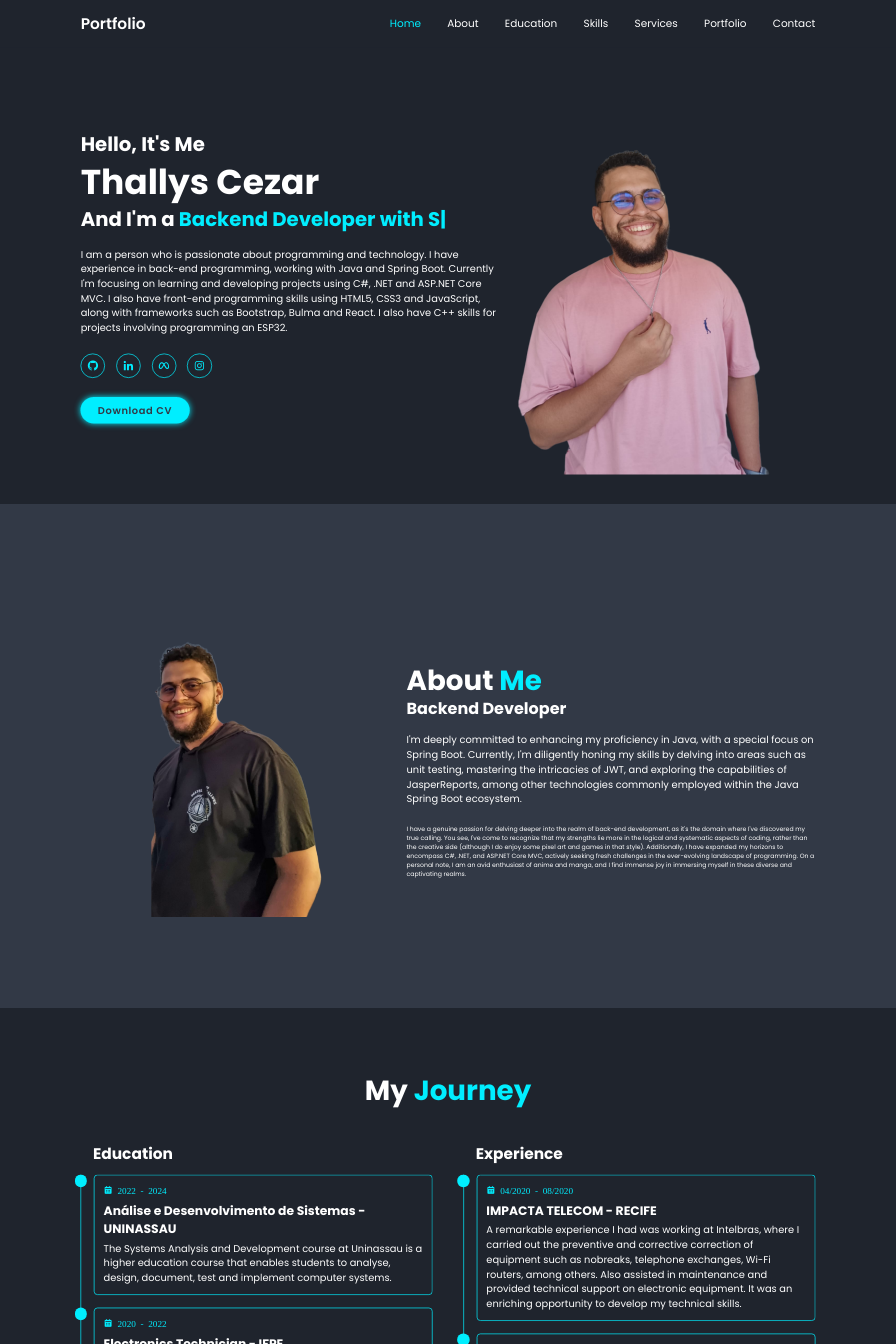
Repository: ThallysCezar/ThallysCezar.github.io
Page: index.html
These files come from the project's save history. The page is drawn as it stood at one moment and after a run of saves; the edit follows.
The browser window is 1280 px wide. The pictures show the part of the page from y = 0 to 1920 px (the page is 5408 px tall), at 70% of full size.
A picture or video elsewhere on the page could not be fetched, so the positions and the page height are approximate.

Above is the page before, as saved 2023-10-19 09:19:17.

### index.html
<!DOCTYPE html>
<html lang="pt-BR">
  <head>
    <meta charset="UTF-8" />
    <meta http-equiv="X-UA-Compatible" content="IE=edge" />
    <meta name="viewport" content="width=device-width, initial-scale=1.0" />
    <link rel="icon" href="/img/icone.png" />
    <title>Responsive Personal Portfolio Website Desgin</title>

    <!-- box icons -->
    <link
      href="https://unpkg.com/boxicons@2.1.4/css/boxicons.min.css"
      rel="stylesheet"
    />

    <!-- custom css -->
    <link rel="stylesheet" href="Css/style.css" />
  </head>
  <body>
    <!-- header desginer -->
    <header class="header">
      <a href="#" class="logo">Portfolio</a>

      <i class="bx bx-menu" id="menu-icon"></i>

      <nav class="navbar">
        <a href="#home" class="active">Home</a>
        <a href="#about">About</a>
        <a href="#education">Education</a>
        <a href="#skills">Skills</a>
        <a href="#services">Services</a>
        <a href="#portfolio">Portfolio</a>
        <a href="#contact">Contact</a>
      </nav>
    </header>

    <!-- Home sectio desing -->
    <section class="home" id="home">
      <div class="home-content">
        <h3>Hello, It's Me</h3>
        <h1>Thallys Cezar</h1>
        <h3>And I'm a <span class="multiple-text"></span></h3>
        <p>
          I am a person who is passionate about programming and technology. I
          have experience in back-end programming, working with Java and Spring
          Boot. Currently I'm focusing on learning and developing projects using
          C#, .NET and ASP.NET Core MVC. I also have front-end programming
          skills using HTML5, CSS3 and JavaScript, along with frameworks such as
          Bootstrap, Bulma and React. I also have C++ skills for projects
          involving programming an ESP32.
        </p>
        <div class="social-media">
          <a href="https://github.com/thallyscezar" target="_blank"
            ><i class="bx bxl-github"></i
          ></a>
          <a href="https://www.linkedin.com/in/thallyscezar/" target="_blank"
            ><i class="bx bxl-linkedin"></i
          ></a>
          <a href="https://www.facebook.com/thallys.cezar/" target="_blank"
            ><i class="bx bxl-meta"></i
          ></a>
          <a href="https://www.instagram.com/thallyscezar/" target="_blank"
            ><i class="bx bxl-instagram"></i
          ></a>
        </div>
        <a href="#" class="btn" id="btn-download">Download CV</a>
      </div>
      <div class="home-img">
        <img src="img/home.png" alt="" />
      </div>
    </section>

    <!-- About section desing -->
    <section class="about" id="about">
      <div class="about-img">
        <img src="img/about.png" alt="about me" />
      </div>

      <div class="about-content">
        <h2 class="heading">About <span>Me</span></h2>
        <h3>Backend Developer</h3>
        <p>
          I'm deeply committed to enhancing my proficiency in Java, with a
          special focus on Spring Boot. Currently, I'm diligently honing my
          skills by delving into areas such as unit testing, mastering the
          intricacies of JWT, and exploring the capabilities of JasperReports,
          among other technologies commonly employed within the Java Spring Boot
          ecosystem.
        </p>
        <p></p>
          I have a genuine passion for delving deeper into the realm
          of back-end development, as it's the domain where I've discovered my
          true calling. You see, I've come to recognize that my strengths lie
          more in the logical and systematic aspects of coding, rather than the
          creative side (although I do enjoy some pixel art and games in that
          style). Additionally, I have expanded my horizons to encompass C#,
          .NET, and ASP.NET Core MVC, actively seeking fresh challenges in the
          ever-evolving landscape of programming.
          On a personal note, I am an
          avid enthusiast of anime and manga, and I find immense joy in
          immersing myself in these diverse and captivating realms.
        </p>
      </div>
    </section>

    <!-- Education section design -->
    <section class="education" id="education">
      <h2 class="heading">My <span>Journey</span></h2>

      <div class="education-row">
        <div class="education-column">
          <h3 class="title">Education</h3>

          <div class="education-box">
            <div class="education-content">
              <div class="content">
                <div class="year">
                  <i class="bx bxs-calendar"> 2022 - 2024</i>
                </div>
                <h3>Análise e Desenvolvimento de Sistemas - UNINASSAU</h3>
                <p>
                  The Systems Analysis and Development course at Uninassau is a
                  higher education course that enables students to analyse,
                  design, document, test and implement computer systems.
                </p>
              </div>
            </div>

            <div class="education-content">
              <div class="content">
                <div class="year">
                  <i class="bx bxs-calendar"> 2020 - 2022</i>
                </div>
                <h3>Electronics Technician - IFPE</h3>
                <p>
                  The Electronics Engineering course at IFPE provides training
                  in the repair and maintenance of electronic equipment and the
                  design of electronic circuit devices.
                </p>
              </div>
            </div>

            <div class="education-content">
              <div class="content">
                <div class="year">
                  <i class="bx bxs-calendar"> 2009 - 2016</i>
                </div>
                <h3>Ensino - Colégio Militar do Recife</h3>
                <p>
                  I studied at the Colégio Militar do Recife from primary school
                  to high school. It was an amazing and enriching educational
                  journey.
                </p>
              </div>
            </div>
          </div>
        </div>

        <div class="education-column">
          <h3 class="title">Experience</h3>
          <div class="education-box">
            <div class="education-content">
              <div class="content">
                <div class="year">
                  <i class="bx bxs-calendar"> 04/2020 - 08/2020</i>
                </div>
                <h3>IMPACTA TELECOM - RECIFE</h3>
                <p>
                  A remarkable experience I had was working at Intelbras, where
                  I carried out the preventive and corrective correction of
                  equipment such as nobreaks, telephone exchanges, Wi-Fi
                  routers, among others. Also assisted in maintenance and
                  provided technical support on electronic equipment. It was an
                  enriching opportunity to develop my technical skills.
                </p>
              </div>
            </div>

            <div class="education-content">
              <div class="content">
                <div class="year">
                  <i class="bx bxs-calendar"> 09/2020 - 02/2021</i>
                </div>
                <h3>Scholarship for programming in C++ arduino</h3>
                <p>
                  An enriching experience I had was participating in an
                  extension scholarship through IFPE and working in an external
                  company for 3 months. During this time, I had the opportunity
                  to assemble printed circuit boards (PCBs), program Arduino and
                  ESP32 using the C++ language, as well as correct and maintain
                  PCBs (layout and schematic). It was rewarding to develop my
                  programming skills, especially with Arduino and ESP32.
                </p>
              </div>
            </div>

            <div class="education-content">
              <div class="content">
                <div class="year">
                  <i class="bx bxs-calendar"> 10/2022 - Currently</i>
                </div>
                <h3>Studying and Developing Java with Spring Boot</h3>
                <p>
                  I have had an amazing little experience of studying and doing
                  projects with VTEX technology, especially VTEX IO, over the
                  course of 5 months. Since the end of March I have also been
                  involved in development using C# and .NET. I had the
                  opportunity to work with ASP.NET Core MVC and to develop REST
                  APIs. This experience has provided and continues to provide me
                  with valuable learning and has enhanced and improved my
                  development skills.
                </p>
              </div>
            </div>
          </div>
        </div>
      </div>
    </section>

    <!-- Skills section desing -->
    <section class="skills" id="skills">
      <h2 class="heading">My <span>Skills</span></h2>

      <div class="skills-row">
        <div class="skills-column">
          <h3 class="title">Coding SKills</h3>

          <div class="skills-box">
            <div class="skills-content">
              <div class="progress">
                <h3>HTML & CSS<span>90%</span></h3>
                <div class="bar"><span></span></div>
              </div>

              <div class="progress">
                <h3>Java + SpringBoot<span>80%</span></h3>
                <div class="bar"><span></span></div>
              </div>

              <div class="progress">
                <h3>C# <span>70%</span></h3>
                <div class="bar"><span></span></div>
              </div>

              <div class="progress">
                <h3>React <span>60%</span></h3>
                <div class="bar"><span></span></div>
              </div>

              <div class="progress">
                <h3>JavaScrip <span>50%</span></h3>
                <div class="bar"><span></span></div>
              </div>
            </div>
          </div>
        </div>

        <div class="skills-column">
          <h3 class="title">Professional Skills</h3>

          <div class="skills-box">
            <div class="skills-content">
              <div class="progress">
                <h3>Backend Development <span>80%</span></h3>
                <div class="bar"><span></span></div>
              </div>

              <div class="progress">
                <h3>Frontend Development <span>80%</span></h3>
                <div class="bar"><span></span></div>
              </div>

              <div class="progress">
                <h3>Programming arduino in C++ <span>70%</span></h3>
                <div class="bar"><span></span></div>
              </div>

              <div class="progress">
                <h3>VTEX IO Development <span>85%</span></h3>
                <div class="bar"><span></span></div>
              </div>

              <div class="progress">
                <h3>Programming in Language C <span>65%</span></h3>
                <div class="bar"><span></span></div>
              </div>
            </div>
          </div>
        </div>
      </div>
    </section>

    <!-- Services section design -->
    <section class="services" id="services">
      <h2 class="heading">Our <span>Services</span></h2>

      <div class="services-container">
        <div class="services-box">
          <i class="bx bx-code-alt"></i>
          <h3>BackEnd Development</h3>
          <p>
            I provide services as a backend developer, with experience in Java
            and Spring Boot, and I'm starting to work with C# and ASP.NET Core
            MVC.
          </p>
        </div>

        <div class="services-box">
          <i class="bx bxl-graphql"></i>
          <h3>FrontEnd Development</h3>
          <p>
            I offer services as a Front-End developer with experience in React,
            Javascript, TypeScript, Angular, HTML&CSS, TailwindCSS and SCSS.
          </p>
        </div>

        <div class="services-box">
          <i class="bx bxs-mouse-alt"></i>
          <h3>Electronics Technician</h3>
          <p>
            I offer services related to Arduino and C++, including electronics,
            motherboard assembly and preventive maintenance.
          </p>
        </div>
      </div>
    </section>

    <!-- Portfolio section design -->
    <section class="portfolio" id="portfolio">
      <h2 class="heading">Latest <span>Project</span></h2>

      <div class="portfolio-container">
        <div class="portfolio-box">
          <img src="img/project5.jpg" alt="project 1" />
          <div class="portfolio-layer">
            <h4>Car Rental Application</h4>
            <p>
              CRUD developed using ASP.NET Core MVC, RazorPages, MySQL, and
              Entity Framework Core technologies.
            </p>
            <a
              href="https://github.com/ThallysCezar/System-manager-ASP.NETCore"
              target="_blank"
              ><i class="bx bx-link-external"></i
            ></a>
          </div>
        </div>

        <div class="portfolio-box">
          <img src="img/project2.jpg" alt="project 2" />
          <div class="portfolio-layer">
            <h4>GameChess</h4>
            <p>C# program that allows you to play chess in console mode.</p>
            <a href="https://github.com/ThallysCezar/GameChess" target="_blank"
              ><i class="bx bx-link-external"></i
            ></a>
          </div>
        </div>

        <div class="portfolio-box">
          <img src="img/project3.jpg" alt="project 3" />
          <div class="portfolio-layer">
            <h4>Project Nina</h4>
            <p>
              CRUD application with a login screen, authentication and
              consumption of a fake API in Angular.
            </p>
            <a href="https://github.com/ThallysCezar/App_Nina" target="_blank"
              ><i class="bx bx-link-external"></i
            ></a>
          </div>
        </div>

        <div class="portfolio-box">
          <img src="img/project4.jpg" alt="project 4" />
          <div class="portfolio-layer">
            <h4>DS Meta</h4>
            <p>
              Site Built using technologies: HTML, CSS, TypeScript, React, Java
              and Spring Boot, hosted on Heroku and Netlify.
            </p>
            <a
              href="https://github.com/ThallysCezar/project-devsuperior-spring-react"
              target="_blank"
              ><i class="bx bx-link-external"></i
            ></a>
          </div>
        </div>

        <div class="portfolio-box">
          <img src="img/project5.jpg" alt="project 5" />
          <div class="portfolio-layer">
            <h4>ReciclaRec</h4>
            <p>
              This project was made with React, Bootstrap and React-Icons.
              Hosted on Netlify.
            </p>
            <a
              href="https://github.com/ThallysCezar/FaculdadeReciclaRec"
              target="_blank"
              ><i class="bx bx-link-external"></i
            ></a>
          </div>
        </div>

        <div class="portfolio-box">
          <img src="img/project6.jpg" alt="project 6" />
          <div class="portfolio-layer">
            <h4>Game MataMosquito</h4>
            <p>
              Project in JavaScript, HTML and CSS, using resources from an
              online course.
            </p>
            <a
              href="https://github.com/ThallysCezar/Game_MataMosquito"
              target="_blank"
              ><i class="bx bx-link-external"></i
            ></a>
          </div>
        </div>
      </div>
    </section>

    <!-- Contact section design -->
    <section class="contact" id="contact">
      <h2 class="heading">Contact <span>Me!</span></h2>
      <form action="mailto:thallyspequeno@outlook.com" method="post">
        <div class="input-box">
          <input type="text" id="name" placeholder="Full Name" required />
          <input type="email" id="email" placeholder="Email Address" required />
        </div>
        <div class="input-box">
          <input
            type="number"
            id="phone"
            placeholder="Mobile Number"
            required
          />
          <input type="text" placeholder="Your text" />
        </div>
        <textarea
          name=""
          id="message"
          cols="30"
          rows="10"
          placeholder="Your Message"
        ></textarea>
        <input type="submit" value="Send Message" class="btn" />
      </form>
    </section>

    <!-- Footer design -->
    <footer class="footer">
      <div class="footer-text">
        <p>Copyright &copy; 2023 by Thallys Cézar | All Rights Reserverd.</p>
      </div>

      <div class="footer-iconTop">
        <a href="#home"><i class="bx bxs-arrow-to-top"></i></a>
      </div>
    </footer>

    <!-- scroll reveal -->
    <script src="https://unpkg.com/scrollreveal"></script>

    <!-- typed js -->
    <script src="https://unpkg.com/typed.js@2.0.16/dist/typed.umd.js"></script>

    <!-- Custom JS -->
    <script src="js/script.js"></script>
  </body>
</html>

Loaded but not shown: js/script.js (112 lines, source omitted); Css/style.css (835 lines, source omitted)

After the next 6 saves:
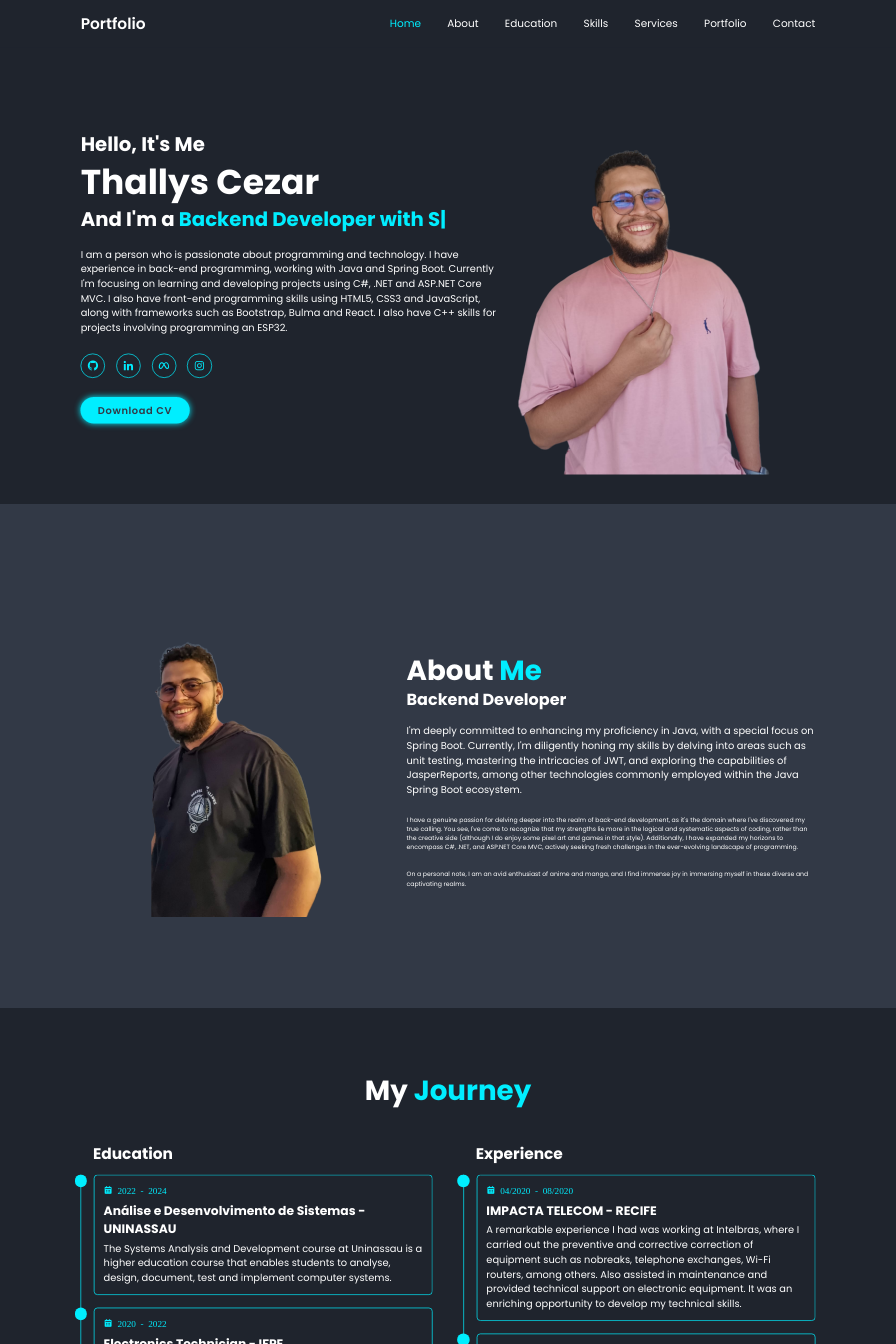
The 6 saves are shown as one change because they came seconds apart.
The last was saved 16 s later.
--- a/index.html
+++ b/index.html
@@ -87,7 +87,9 @@
           among other technologies commonly employed within the Java Spring Boot
           ecosystem.
         </p>
-        <p></p>
+        <p>
+
+        </p>
           I have a genuine passion for delving deeper into the realm
           of back-end development, as it's the domain where I've discovered my
           true calling. You see, I've come to recognize that my strengths lie
@@ -96,6 +98,9 @@
           style). Additionally, I have expanded my horizons to encompass C#,
           .NET, and ASP.NET Core MVC, actively seeking fresh challenges in the
           ever-evolving landscape of programming.
+        <p>
+
+        </p>
           On a personal note, I am an
           avid enthusiast of anime and manga, and I find immense joy in
           immersing myself in these diverse and captivating realms.
